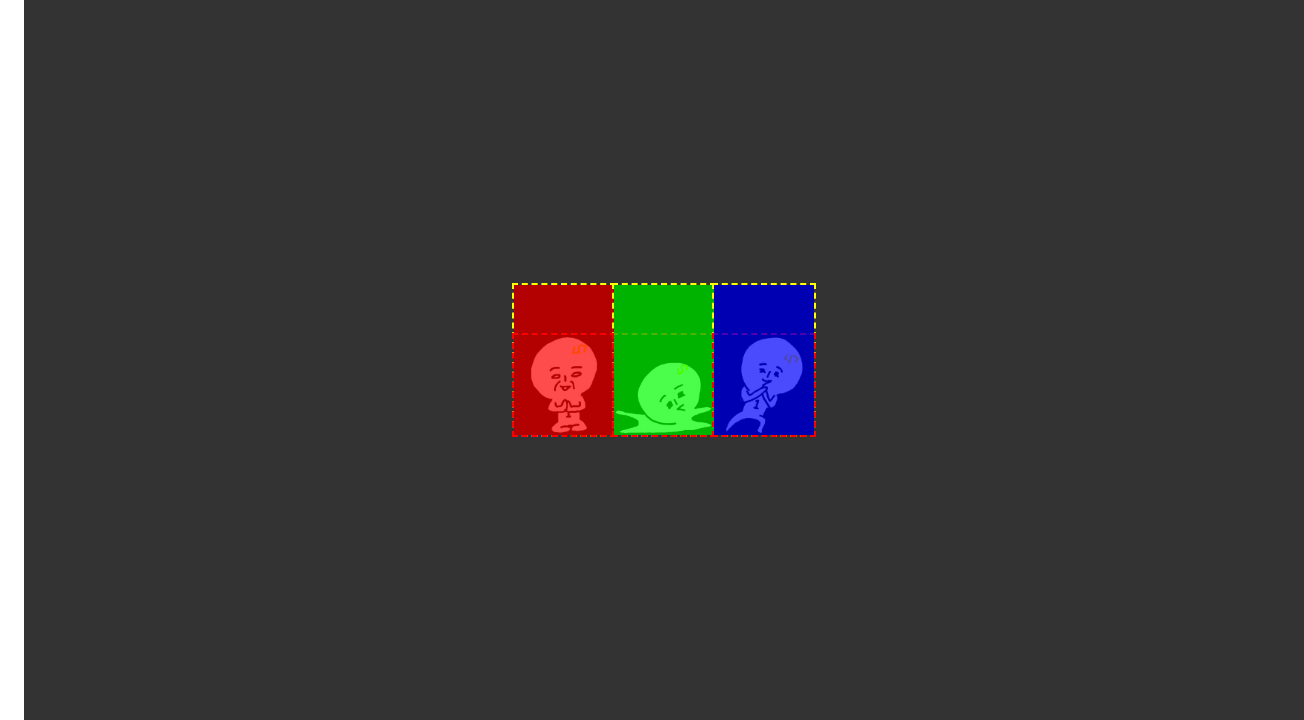
Repository: YEOMJINSEOP/CSSLab
Page: / (app in csslab/)
These files come from the project's save history. The page is drawn as it stood at one moment and after the next save; the edit follows.
The browser window is 1280 px wide. The page is 1304 px wide, so the pictures cover 1304 px, including what lies to the right of the window. The pictures show the whole page.
The project was rebuilt for these pictures with package versions that can differ from the ones it lists, and the page was loaded fresh each time. Also part of the build but not shown: csslab/src/components/Basic3d.jsx.

Above is the page before, as saved 2023-05-17 23:38:42.

### csslab/src/App.js
import logo from './logo.svg';
import './App.css';
import Basic3d from './components/Basic3d';
import ThreeDoors from './components/ThreeDoors';

function App() {
  return (
    <div className="App">
      <ThreeDoors/>
      {/* <Basic3d/> */}
      {/* <div className="container">
        <div className="item">AAA</div>
        <div className="item">B</div>
        <div className="item">CCCCC</div>
        <div className="item">EE</div>
        <div className="item">FFF</div>
      </div> */}
    </div>
  );
}

export default App;

### csslab/src/App.css
body {
  background: transparent; /* Make it white if you need */
  color: #fcbe24;
  padding: 0 24px;
  margin: 0;
  height: 100vh;
}

.world {
  perspective: 500px;
  width: 80vw;
  height: 80vh;
  background-color: lightblue;
  display: flex;
  align-items: center;
  justify-content: center;
}

.card {
  position: relative;
  width: 100px;
  height: 150px;
  margin: 1em;
  transition: 1s;
  transform: rotateY(0deg);
  transform-style: preserve-3d; /*world에 perspective를 줘서 3D효과가 나는 것인데, card 까지는 전파가 되지만, card 안에 있는 card-sid에는 적용이 되지 않는다. 이를 전파해주기 위해 사용한다.*/
  /* transform-origin: left; */
}

.card-side {
    display: flex;
    align-items: center;
    justify-content: center;
    border-radius: 0.5em;
    font-size: 1.5rem;

    position: absolute;
    left: 0;
    top: 0;
    width: 100%;
    height: 100%;
    -webkit-backface-visibility: hidden; /* for Safari */
    backface-visibility: hidden;
}

.card-side-front{
  background-color:  white;
  z-index: 1;
}

.card-side-back{
  background-color:  lightcoral;
  transform: rotateY(180deg);
}


.world:hover .card {
  transform: rotateY(180deg);
}

### csslab/src/components/ThreeDoors.jsx
import React from 'react';
import styles from './ThreeDoors.module.css';

function ThreeDoors(props) {
  return (
    <div className={styles.stage}>
      <div className={styles.door}>
        <div className={styles.doorBack}>
          <div className={styles.ilbuni}></div>
        </div>
        <div className={styles.doorBody}></div>
      </div>
      <div className={styles.door}>
        <div className={styles.doorBack}>
          <div className={styles.ilbuni}></div>
        </div>
        <div className={styles.doorBody}></div>
      </div>
      <div className={styles.door}>
        <div className={styles.doorBack}>
          <div className={styles.ilbuni}></div>
        </div>
        <div className={styles.doorBody}></div>
      </div>
    </div>
  );
}

export default ThreeDoors;

### csslab/src/components/ThreeDoors.module.css
.stage {
  width: 100vw;
  height: 100vh;
  background-color: #333;
  display: flex;
  justify-content: center;
  align-items: center;
}

.door {
  position: relative;
  width: 100px;
  height: 150px;
  outline: 2px dashed yellow;
}

.doorBack{
  position: absolute;
  left: 0;
  top: 0;
  width: 100%;
  height: 100%;
  background-color: black;
}

.ilbuni {
  position: absolute;
  left: 0;
  bottom: 0;
  width: 100px;
  height: 100px;
  background-repeat: no-repeat;
  background-position: center bottom;
  background-size: contain;
  outline: 2px dashed red;
}

.door:nth-child(1) .ilbuni {background-image: url('../../public/images/ilbuni_0.png');}
.door:nth-child(2) .ilbuni {background-image: url('../../public/images/ilbuni_1.png');}
.door:nth-child(3) .ilbuni {background-image: url('../../public/images/ilbuni_2.png');}


.doorBody {
  position: absolute;
  left: 0;
  top: 0;
  width: 100%;
  height: 100%
}

.door:nth-child(1) .doorBody {background: rgba(255, 0, 0, 0.7);}
.door:nth-child(2) .doorBody {background: rgba(0, 255, 0, 0.7);}
.door:nth-child(3) .doorBody {background: rgba(0, 0, 255, 0.7);}

Loaded but not shown: csslab/public/index.html (common file); csslab/src/index.js (common file); csslab/src/index.css (common file)

After the next save:
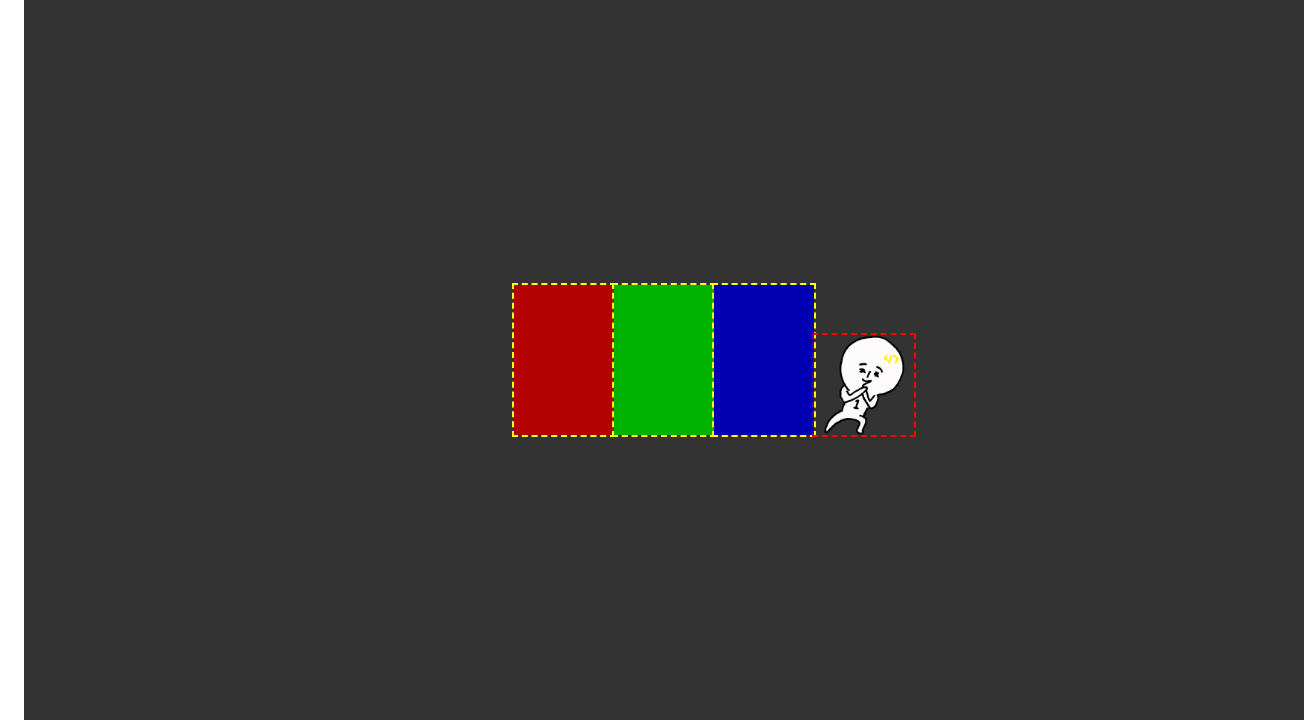
Saved 3 min 33 s later.
--- a/csslab/src/components/ThreeDoors.module.css
+++ b/csslab/src/components/ThreeDoors.module.css
@@ -33,6 +33,7 @@
   background-position: center bottom;
   background-size: contain;
   outline: 2px dashed red;
+  transform: translate3d(100%, 0, 0);
 }
 
 .door:nth-child(1) .ilbuni {background-image: url('../../public/images/ilbuni_0.png');}
